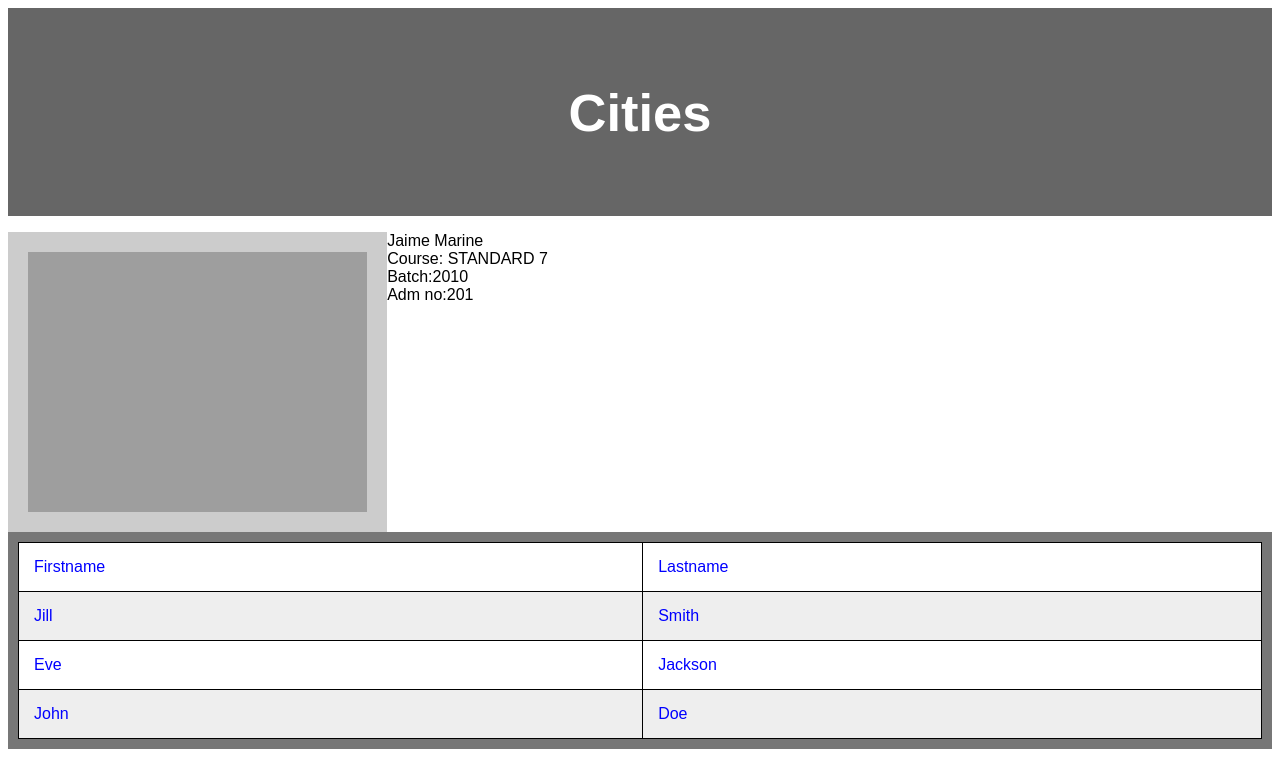
Repository: sandunigayanjali/Library_System
Page: http://localhost/library_management/studentProfile2.jsp
The author's editor kept a copy of each file at every save. The page is drawn from the files as they stood at one save, then again after the next save.
The browser window is 1280 px wide. The pictures show the whole page.
Pictures or frames that could not be fetched are drawn as grey boxes. The page is served by Tomcat 9.

Above is the page before, as saved 2018-11-23 15:23:29.

After the next save:
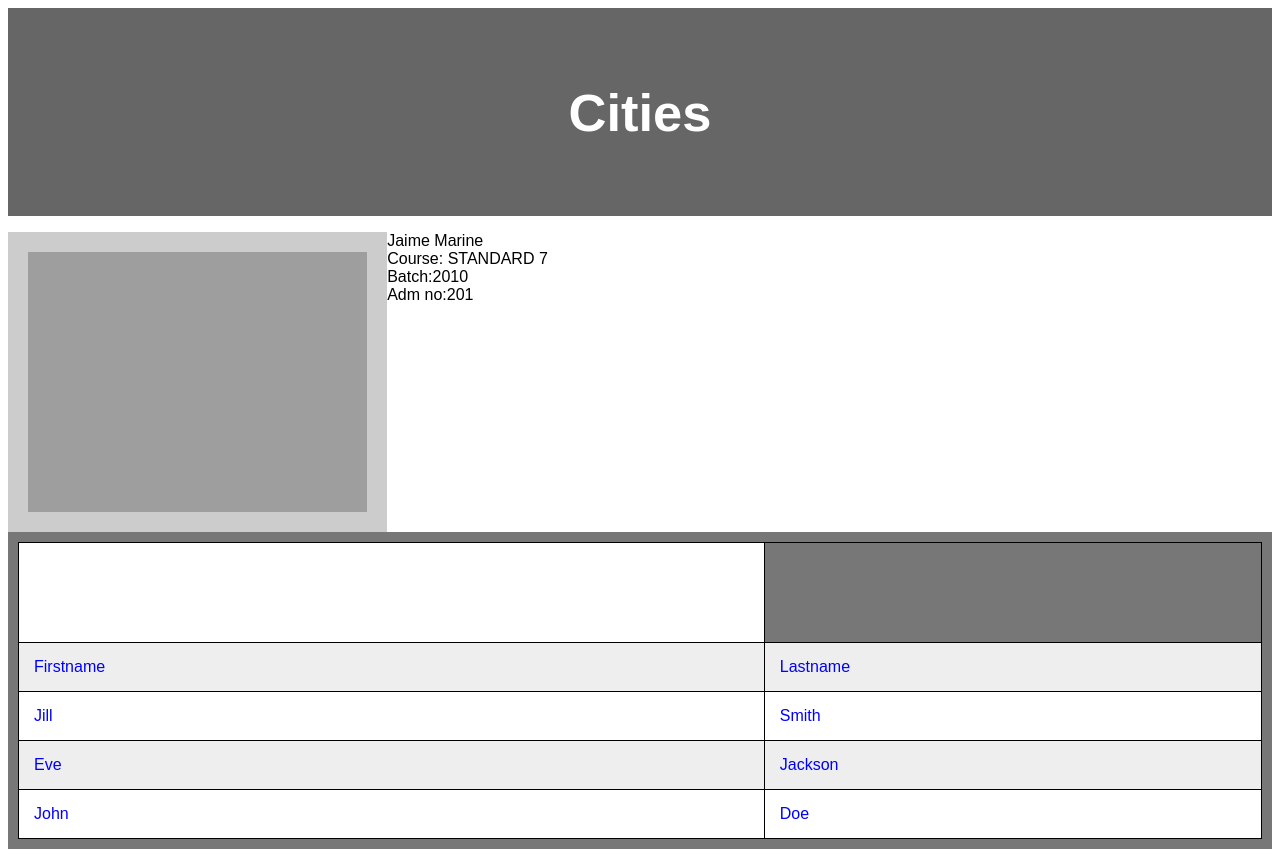
Saved 111 s later.
--- a/library management/WebContent/studentProfile2.jsp
+++ b/library management/WebContent/studentProfile2.jsp
@@ -117,7 +117,7 @@
 <center>
 <footer>
 <font color="blue">
- <table id="t01">
+ <table id="t01"><TD width=60% height=100>
   <tr>
     <td>Firstname</td>
     <td>Lastname</td>

After the save that followed:
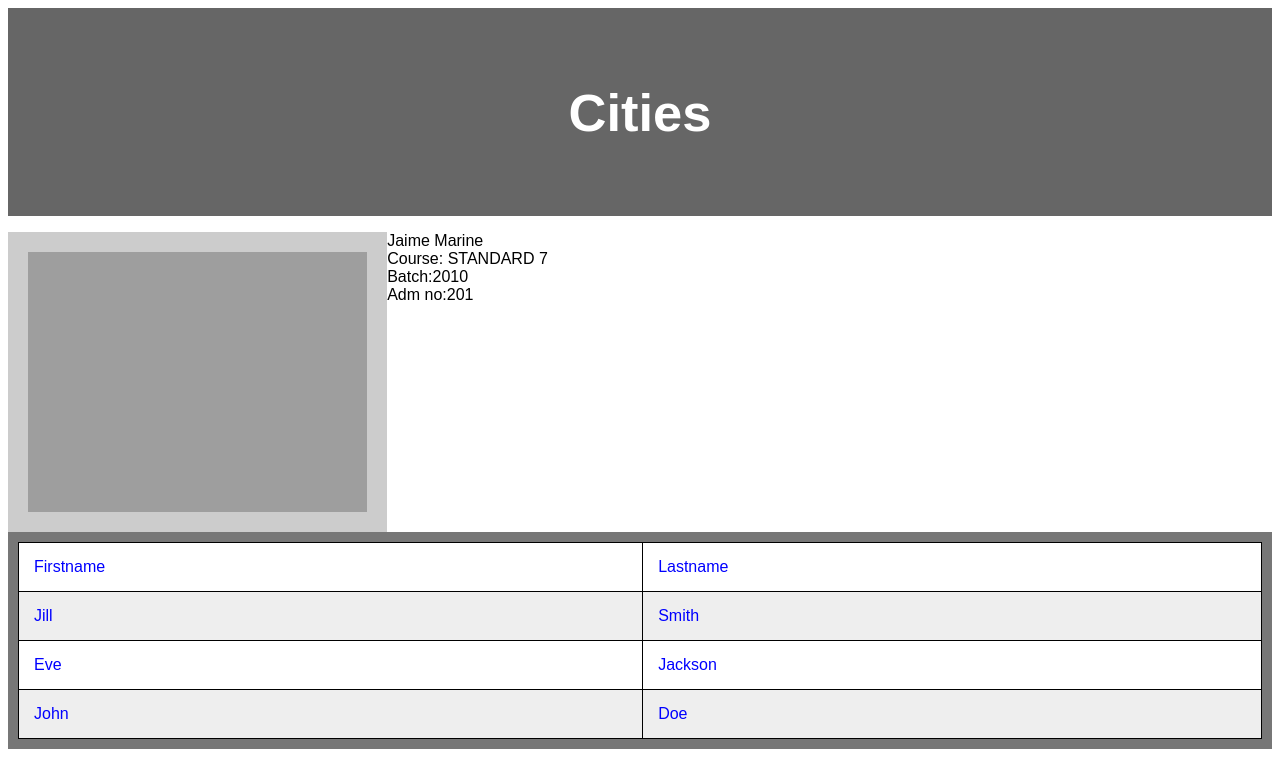
Saved 5 min 15 s later.
--- a/library management/WebContent/studentProfile2.jsp
+++ b/library management/WebContent/studentProfile2.jsp
@@ -117,7 +117,7 @@
 <center>
 <footer>
 <font color="blue">
- <table id="t01"><TD width=60% height=100>
+ <table id="t01">
   <tr>
     <td>Firstname</td>
     <td>Lastname</td>
